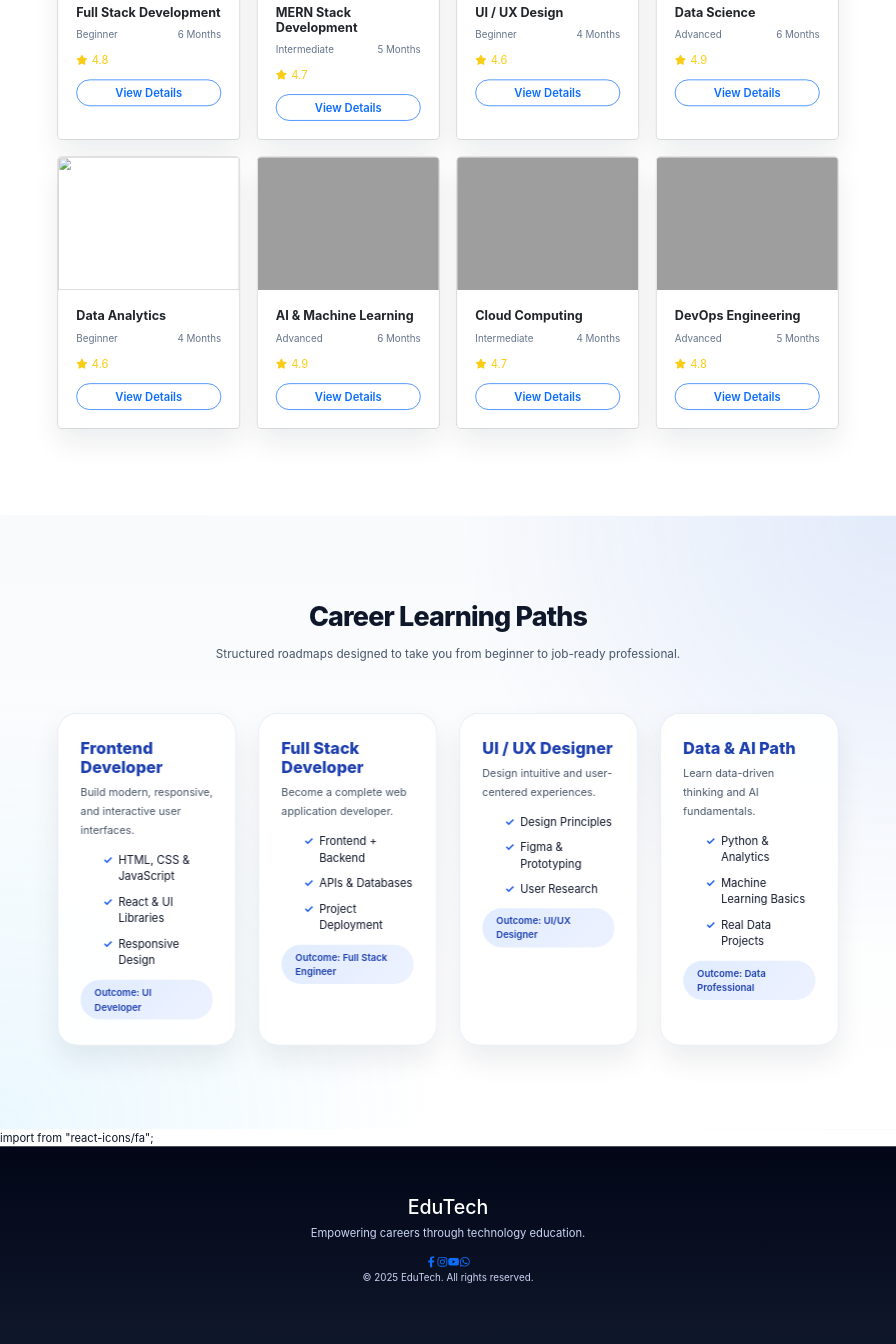
Repository: Aswin74k/project-2
Page: /
An editor plug-in stored every save of this project. The page is shown before and after the next save, followed by the edit.
The browser window is 1280 px wide. The pictures show the part of the page from y = 1462 to 3382 px (the page is 3382 px tall before and 3245 px after), at 70% of full size.
Pictures or frames that could not be fetched are drawn as grey boxes. The project was rebuilt for these pictures with package versions that can differ from the ones it lists, and the page was loaded fresh each time. Also part of the build but not shown: vite.config.js, src/project/course.css, src/project/Course.jsx, src/project/About.css, src/project/About.jsx, src/project/Enroll.css, src/project/Enroll.jsx, src/project/contact.css and 2 more.

Above is the page before, as saved 2025-12-25 16:50:23.

### src/main.jsx
import React from "react";
import ReactDOM from "react-dom/client";
import { BrowserRouter } from "react-router-dom";
import App from "./project/App";
import { AuthProvider } from "./context/AuthContext"; // ✅ ADD THIS
import "bootstrap/dist/css/bootstrap.min.css";

ReactDOM.createRoot(document.getElementById("root")).render(
  <React.StrictMode>
    <BrowserRouter>
      <AuthProvider>
        <App />
      </AuthProvider>
    </BrowserRouter>
  </React.StrictMode>
);

### src/project/App.jsx
import React from "react";
import { Routes, Route } from "react-router-dom";

import EduNavbar from "./EduNavbar";
import Home from "./Home";
import Course from "./Course";
import About from "./About";
import Enroll from "./Enroll";
import Contact from "./Contact";
import ProtectedRoute from "./ProtectedRoute";

export default function App() {
  return (
    <>
      <EduNavbar />

      <Routes>
        <Route path="/" element={<Home />} />
        <Route path="/courses/:id" element={<Course />} />
        <Route path="/about" element={<About />} />
        <Route path="/Contact" element={<Contact />} />


        <Route
          path="/enroll"
          element={
            <ProtectedRoute>
              <Enroll />
            </ProtectedRoute>
          }
        />
      </Routes>

    </>
  );
}

### src/context/AuthContext.jsx
import { createContext, useContext, useState, useEffect } from "react";

const AuthContext = createContext();

export function AuthProvider({ children }) {
  const [user, setUser] = useState(null);
  const [loading, setLoading] = useState(true);

  useEffect(() => {
    const savedUser = JSON.parse(
      localStorage.getItem("loggedInUser")
    );
    if (savedUser) setUser(savedUser);
    setLoading(false);
  }, []);

  const login = (email, password) => {
    const users =
      JSON.parse(localStorage.getItem("registeredUsers")) || [];

    const foundUser = users.find(
      (u) => u.email === email && u.password === password
    );

    if (!foundUser) {
      return { success: false, message: "Invalid email or password" };
    }

    localStorage.setItem(
      "loggedInUser",
      JSON.stringify(foundUser)
    );
    setUser(foundUser);

    return {
      success: true,
      message: `Welcome back, ${foundUser.firstName}`,
    };
  };

  const signup = (data) => {
    const users =
      JSON.parse(localStorage.getItem("registeredUsers")) || [];

    if (users.some((u) => u.email === data.email)) {
      return {
        success: false,
        message: "User already exists with this email!",
      };
    }

    users.push(data);
    localStorage.setItem(
      "registeredUsers",
      JSON.stringify(users)
    );

    localStorage.setItem(
      "loggedInUser",
      JSON.stringify(data)
    );
    setUser(data);

    return {
      success: true,
      message: "Account created successfully",
    };
  };

  const logout = () => {
    localStorage.removeItem("loggedInUser");
    setUser(null);
  };

  return (
    <AuthContext.Provider
      value={{ user, login, signup, logout, loading }}
    >
      {children}
    </AuthContext.Provider>
  );
}

export const useAuth = () => useContext(AuthContext);

### src/project/Home.jsx
import React from "react";
import { Container, Row, Col, Card } from "react-bootstrap";
import { Link } from "react-router-dom";
import {
  FaGraduationCap,
  FaUsers,
  FaChalkboardTeacher,
  FaBriefcase,
  FaStar,
  FaFacebookF, FaInstagram, FaYoutube, FaWhatsapp,
} from "react-icons/fa";
import "./Home.css";

export default function Home() {
  const courses = [
    {
      id: "fullstack",
      title: "Full Stack Development",
      level: "Beginner",
      duration: "6 Months",
      rating: "4.8",
      img: "https://encrypted-tbn0.gstatic.com/images?q=tbn:ANd9GcQPaNXGBezXv5c0v_XSQ6pqOScRBb2ShM3IWg&s",
    },
    {
      id: "mern",
      title: "MERN Stack Development",
      level: "Intermediate",
      duration: "5 Months",
      rating: "4.7",
      img: "https://images.prismic.io/loco-blogs/79328284-f97b-489f-924c-eb3b17e34b56_image2.png",
    },
    {
      id: "uiux",
      title: "UI / UX Design",
      level: "Beginner",
      duration: "4 Months",
      rating: "4.6",
      img: "https://www.almondsolutions.com/images/blog-ui-ux-150223.jpg",
    },
    {
      id: "datascience",
      title: "Data Science",
      level: "Advanced",
      duration: "6 Months",
      rating: "4.9",
      img: "https://bernardmarr.com/wp-content/uploads/2022/11/The-Top-5-Data-Science-And-Analytics-Trends-In-2023.jpg",
    },
    {
      id: "dataanalytics",
      title: "Data Analytics",
      level: "Beginner",
      duration: "4 Months",
      rating: "4.6",
      img: "https://blog.herzing.ca/hubfs/data%20analytics.jpg",
    },
    {
      id: "aiml",
      title: "AI & Machine Learning",
      level: "Advanced",
      duration: "6 Months",
      rating: "4.9",
      img: "https://www.jellyfishtechnologies.com/wp-content/uploads/2021/10/Artificial-Intelligence-versus-Machine-Learning.png",
    },
    {
      id: "cloud",
      title: "Cloud Computing",
      level: "Intermediate",
      duration: "4 Months",
      rating: "4.7",
      img: "https://bernardmarr.com/img/The%205%20Biggest%20Cloud%20Computing%20Trends%20In%202021.jpg",
    },
    {
      id: "devops",
      title: "DevOps Engineering",
      level: "Advanced",
      duration: "5 Months",
      rating: "4.8",
      img: "https://www.itrainu.in/wp-content/uploads/2021/03/DEVOPS-1.jpg",
    },
  ];

  return (
    <div className="home">
      <section className="hero-section">
        <Container>
          <div className="hero-content">
            <h1>
              Learn Future-Ready Skills with <span>EduTech</span>
            </h1>
            <p>
              Industry-aligned courses, real-world projects, and expert mentors
              to accelerate your career.
            </p>

            <div className="hero-actions">

              <Link to="/about" className="btn btn-outline-light btn-lg">
                Learn More
              </Link>
            </div>
          </div>
        </Container>
      </section>

     {/* STATS */}
<section className="stats-section">
  <Container>
    <Row className="g-4">
      <Col xs={12} sm={6} lg={3}>
        <div className="stat-box">
          <FaUsers />
          <h3>25K+</h3>
          <p>Active Learners</p>
        </div>
      </Col>

      <Col xs={12} sm={6} lg={3}>
        <div className="stat-box">
          <FaGraduationCap />
          <h3>8+</h3>
          <p>Industry-Focused Courses</p>
        </div>
      </Col>

      <Col xs={12} sm={6} lg={3}>
        <div className="stat-box">
          <FaChalkboardTeacher />
          <h3>50+</h3>
          <p>Expert Mentors</p>
        </div>
      </Col>

      <Col xs={12} sm={6} lg={3}>
        <div className="stat-box">
          <FaBriefcase />
          <h3>100+</h3>
          <p>Real-World Projects</p>
        </div>
      </Col>
    </Row>
  </Container>
</section>


      <section className="courses-section">
        <Container>
          <h2 className="section-title">Popular Courses</h2>

          <Row>
            {courses.map((course, index) => (
              <Col lg={3} md={4} sm={6} key={index} className="mb-4">
                <Card className="course-card h-100">
                  <Card.Img
                    variant="top"
                    src={course.img}
                    className="course-img"
                  />

                  <Card.Body>
                    <Card.Title>{course.title}</Card.Title>

                    <div className="course-meta">
                      <span>{course.level}</span>
                      <span>{course.duration}</span>
                    </div>

                    <div className="course-rating">
                      <FaStar />
                      <span>{course.rating}</span>
                    </div>

                    <Link
                      to={`/courses/${course.id}`}
                      className="btn btn-outline-primary w-100 mt-3"
                    >
                      View Details
                    </Link>
                  </Card.Body>
                </Card>
              </Col>
            ))}
          </Row>
        </Container>
      </section>


<section className="paths-section">
  <div className="container">
    <h2 className="section-title">Career Learning Paths</h2>
    <p className="section-subtitle">
      Structured roadmaps designed to take you from beginner to job-ready professional.
    </p>

    <div className="paths-grid">

      <div className="path-card">
        <h4>Frontend Developer</h4>
        <p>Build modern, responsive, and interactive user interfaces.</p>

        <ul>
          <li>HTML, CSS & JavaScript</li>
          <li>React & UI Libraries</li>
          <li>Responsive Design</li>
        </ul>

        <div className="path-outcome">Outcome: UI Developer</div>
      </div>

      <div className="path-card">
        <h4>Full Stack Developer</h4>
        <p>Become a complete web application developer.</p>

        <ul>
          <li>Frontend + Backend</li>
          <li>APIs & Databases</li>
          <li>Project Deployment</li>
        </ul>

        <div className="path-outcome">Outcome: Full Stack Engineer</div>
      </div>

      <div className="path-card">
        <h4>UI / UX Designer</h4>
        <p>Design intuitive and user-centered experiences.</p>

        <ul>
          <li>Design Principles</li>
          <li>Figma & Prototyping</li>
          <li>User Research</li>
        </ul>

        <div className="path-outcome">Outcome: UI/UX Designer</div>
      </div>

      <div className="path-card">
        <h4>Data & AI Path</h4>
        <p>Learn data-driven thinking and AI fundamentals.</p>

        <ul>
          <li>Python & Analytics</li>
          <li>Machine Learning Basics</li>
          <li>Real Data Projects</li>
        </ul>

        <div className="path-outcome">Outcome: Data Professional</div>
      </div>

    </div>
  </div>
</section>

import { FaFacebookF, FaInstagram, FaYoutube, FaWhatsapp } from "react-icons/fa";

<footer className="footer">
  <Container className="text-center">
    <h3 className="footer-logo">EduTech</h3>

    <p className="footer-tagline">
      Empowering careers through technology education.
    </p>

    <div className="footer-social">
      <a href="#" aria-label="Facebook">
        <FaFacebookF />
      </a>

      <a href="#" aria-label="Instagram">
        <FaInstagram />
      </a>

      <a href="#" aria-label="YouTube">
        <FaYoutube />
      </a>

      <a href="#" aria-label="WhatsApp">
        <FaWhatsapp />
      </a>
    </div>

    <p className="copy">
      © 2025 EduTech. All rights reserved.
    </p>
  </Container>
</footer>

    </div>
  );
}

### src/project/Navbar.css
/* ================= ROOT VARIABLES ================= */
:root {
  --primary: #111827;
  --primary-soft: rgba(17, 24, 39, 0.08);
  --danger: #ef4444;
  --success: #22c55e;

  --text-dark: #000000;
  --text-muted: #6b7280;

  --border-light: #e5e7eb;
  --bg-white: #ffffff;
}

/* ================= NAVBAR ================= */
.navbar {
  background: var(--bg-white);
  padding: 14px 0;
  border-bottom: 1px solid var(--border-light);
  transition: all 0.3s ease;
  z-index: 1000;
}

.navbar-scrolled {
  box-shadow: 0 10px 30px rgba(0, 0, 0, 0.08);
}

/* ================= BRAND ================= */
.navbar-brand {
  font-size: 1.6rem;
  font-weight: 900;
  color: var(--text-dark) !important;
}

/* ================= NAV LINKS ================= */
.navbar-nav .nav-link {
  color: var(--text-dark) !important;
  font-weight: 600;
  font-size: 0.95rem;
  padding: 8px 14px;
  position: relative;
}

.navbar-nav .nav-link::after {
  content: "";
  position: absolute;
  left: 50%;
  bottom: 2px;
  width: 0;
  height: 2px;
  background: var(--text-dark);
  transform: translateX(-50%);
  transition: width 0.3s ease;
}

.navbar-nav .nav-link:hover::after {
  width: 70%;
}

/* ================= SEARCH ================= */
.custom-search {
  position: relative;
  width: 210px;
}

.custom-search input {
  width: 100%;
  padding: 10px 42px 10px 16px;
  border-radius: 999px;
  border: 1px solid var(--border-light);
  background: #e4e5e6;
  font-size: 0.9rem;
}

.custom-search svg {
  position: absolute;
  right: 14px;
  top: 50%;
  transform: translateY(-50%);
  color: var(--text-muted);
}

/* ================= USER ================= */
.username {
  background: var(--primary-soft);
  color: var(--text-dark);
  padding: 6px 14px;
  border-radius: 999px;
  font-size: 0.85rem;
  font-weight: 600;
}

.user-icon {
  font-size: 22px;
  color: var(--text-dark);
  cursor: pointer;
}

/* ================= LOGOUT ICON ================= */
.logout-icon {
  font-size: 24px;
  color: var(--text-dark);
  cursor: pointer;
}

.logout-icon:hover {
  color: var(--danger);
}

/* ================= MODALS ================= */
.modal-content {
  border-radius: 22px;
  border: none;
  box-shadow: 0 30px 90px rgba(0, 0, 0, 0.25);
  padding: 20px;
}

.modal-header {
  border-bottom: 1px solid var(--border-light);
}

.modal-title {
  font-weight: 700;
}

.modal-body {
  padding: 28px 32px 32px;
}

/* ================= AUTH INPUT (IMAGE MATCHED) ================= */
.auth-input {
  width: 100%;
  height: 56px;
  border-radius: 16px;
  border: 1.5px solid #d1d5db;
  padding: 14px 18px;
  font-size: 1rem;
  margin-bottom: 18px;
  background: #ffffff;
}

.auth-input:focus {
  outline: none;
  border-color: #6366f1;
  box-shadow: 0 0 0 2px rgba(99, 102, 241, 0.25);
}

/* ================= PASSWORD ================= */
.password-wrapper {
  position: relative;
}

.password-wrapper span {
  position: absolute;
  right: 18px;
  top: 40%;
  transform: translateY(-50%);
  font-size: 18px;
  color: var(--text-muted);
  cursor: pointer;
}

/* ================= NAME ROW (SIGNUP) ================= */
.name-row {
  display: grid;
  grid-template-columns: 1fr 1fr;
  gap: 18px;
  margin-bottom: 18px;
}

/* ================= AUTH BUTTON ================= */
.auth-btn {
  width: 100%;
  height: 56px;
  border-radius: 16px;
  background: var(--text-dark);
  border: none;
  color: #fff;
  font-size: 1.05rem;
  font-weight: 600;
  margin-top: 8px;
}

.auth-btn:hover {
  opacity: 0.9;
}

/* ================= AUTH FOOTER ================= */
.auth-footer {
  margin-top: 16px;
  text-align: center;
  font-size: 0.9rem;
  color: var(--text-muted);
}

.auth-footer span {
  color: var(--text-dark);
  font-weight: 600;
  cursor: pointer;
}

/* ================= LOGOUT MODAL ================= */
.logout-modal .logout-icon-wrapper {
  width: 64px;
  height: 64px;
  background: rgba(0, 0, 0, 0.08);
  color: var(--danger);
  border-radius: 50%;
  display: flex;
  align-items: center;
  justify-content: center;
  font-size: 28px;
  margin: 0 auto 16px;
}

.logout-actions {
  display: flex;
  gap: 14px;
  justify-content: center;
}

.logout-cancel {
  padding: 10px 22px;
  border-radius: 14px;
  border: 2px solid var(--text-dark);
  background: transparent;
  font-weight: 600;
}

.logout-confirm {
  padding: 10px 22px;
  border-radius: 14px;
  background: var(--danger);
  border: none;
  color: #fff;
  font-weight: 600;
}

/* ================= MOBILE ================= */
@media (max-width: 768px) {
  .navbar-collapse {
    background: #ffffff;
    padding: 18px;
    border-radius: 16px;
    margin-top: 10px;
  }

  .custom-search {
    width: 100%;
    margin-top: 12px;
  }

  .name-row {
    grid-template-columns: 1fr;
  }
}

/* ================= AUTH MESSAGES (FINAL POLISH) ================= */
.modal-message {
  padding: 14px 18px;
  border-radius: 14px;
  font-size: 0.9rem;
  font-weight: 600;
  text-align: center;
  margin-bottom: 18px;
  line-height: 1.4;
  animation: messageFade 0.25s ease-in-out;
}

/* SUCCESS */
.modal-message.success {
  background: rgba(34, 197, 94, 0.14);
  color: #15803d;
  border: 1.5px solid rgba(34, 197, 94, 0.35);
}

/* ERROR */
.modal-message.error {
  background: rgba(239, 68, 68, 0.14);
  color: #b91c1c;
  border: 1.5px solid rgba(239, 68, 68, 0.35);
}

/* subtle animation */
@keyframes messageFade {
  from {
    opacity: 0;
    transform: translateY(-6px);
  }
  to {
    opacity: 1;
    transform: translateY(0);
  }
}

### src/project/Home.css
/* =========================
   DESIGN TOKENS
========================= */
:root {
  --primary: #2563eb;
  --primary-dark: #1e40af;
  --accent: #38bdf8;
  --text-main: #0f172a;
  --text-muted: #475569;
  --bg-light: #f8fafc;
  --glass: rgba(255, 255, 255, 0.92);
  --radius-lg: 24px;
  --radius-md: 16px;
  --shadow-soft: 0 20px 40px rgba(15, 23, 42, 0.08);
  --shadow-strong: 0 30px 70px rgba(15, 23, 42, 0.18);
}

/* =========================
   BASE
========================= */
.home {
  font-family: "Inter", "Segoe UI", system-ui, sans-serif;
  color: var(--text-main);
  background: #ffffff;
  overflow-x: hidden;
}

/* =========================
   SECTION HEADINGS
========================= */
.section-title {
  text-align: center;
  font-size: clamp(2.2rem, 3vw, 2.8rem);
  font-weight: 800;
  letter-spacing: -0.03em;
  margin-bottom: 16px;
}

.section-subtitle {
  text-align: center;
  max-width: 720px;
  margin: 0 auto 70px;
  font-size: 1.05rem;
  color: var(--text-muted);
  line-height: 1.8;
}

/* =========================
   HERO SECTION (PREMIUM)
========================= */
.hero-section {
  min-height: 95vh;
  background:
    linear-gradient(
      120deg,
      rgba(15, 23, 42, 0.92),
      rgba(15, 23, 42, 0.85)
    ),
    url("https://images.unsplash.com/photo-1523240795612-9a054b0db644");
  background-size: cover;
  background-position: center;
  display: flex;
  align-items: center;
}

.hero-content {
  max-width: 860px;
  margin: auto;
  text-align: center;
  color: #ffffff;
}

.hero-content h1 {
  font-size: clamp(2.6rem, 4vw, 3.6rem);
  font-weight: 900;
  line-height: 1.15;
  margin-bottom: 24px;
}

.hero-content span {
  background: linear-gradient(90deg, #38bdf8, #2563eb);
  -webkit-background-clip: text;
  -webkit-text-fill-color: transparent;
}

.hero-content p {
  font-size: 1.15rem;
  line-height: 1.8;
  color: #e5e7eb;
  margin-bottom: 42px;
}

.hero-actions {
  display: flex;
  justify-content: center;
  gap: 22px;
}

.hero-actions .btn {
  padding: 14px 36px;
  font-size: 17px;
  border-radius: 999px;
  font-weight: 600;
  transition: all 0.35s ease;
}

.hero-actions .btn-primary {
  background: linear-gradient(135deg, var(--primary), var(--accent));
  border: none;
}

.hero-actions .btn-primary:hover {
  transform: translateY(-3px);
  box-shadow: var(--shadow-soft);
}

.hero-actions .btn-outline-light:hover {
  background: rgba(255, 255, 255, 0.12);
}

/* =========================
   STATS
========================= */
.stats-section {
  padding: 90px 0;
  background: var(--bg-light);
}

.stat-box {
  background: #ffffff;
  padding: 42px 26px;
  text-align: center;
  border-radius: var(--radius-md);
  box-shadow: var(--shadow-soft);
  transition: all 0.35s ease;
}

.stat-box:hover {
  transform: translateY(-10px);
  box-shadow: var(--shadow-strong);
}

.stat-box svg {
  font-size: 38px;
  color: var(--primary);
  margin-bottom: 18px;
}

.stat-box h3 {
  font-size: 32px;
  font-weight: 800;
}

.stat-box p {
  font-size: 15px;
  color: #64748b;
}

/* =========================
   COURSES
========================= */
.courses-section {
  padding: 100px 0;
}

.course-card {
  border-radius: var(--radius-lg);
  overflow: hidden;
  background: #ffffff;
  box-shadow: var(--shadow-soft);
  transition: all 0.4s ease;
}

.course-card:hover {
  transform: translateY(-10px);
  box-shadow: var(--shadow-strong);
}

.course-img {
  height: 190px;
  object-fit: cover;
}

.course-card .card-body {
  padding: 26px;
}

.course-card .card-title {
  font-size: 18px;
  font-weight: 700;
  margin-bottom: 10px;
}

.course-meta {
  display: flex;
  justify-content: space-between;
  font-size: 14px;
  color: #64748b;
  margin-bottom: 14px;
}

.course-rating {
  display: flex;
  align-items: center;
  gap: 6px;
  color: #facc15;
}

.course-card .btn {
  border-radius: 999px;
  font-weight: 600;
}

/* =========================
   CAREER PATHS (GLASS UI)
========================= */
.paths-section {
  padding: 120px 0;
  background:
    radial-gradient(circle at top right, rgba(37, 99, 235, 0.1), transparent 40%),
    radial-gradient(circle at bottom left, rgba(56, 189, 248, 0.1), transparent 40%),
    linear-gradient(180deg, #f8fafc, #ffffff);
}

.paths-grid {
  display: grid;
  grid-template-columns: repeat(4, 1fr);
  gap: 32px;
}

.path-card {
  background: var(--glass);
  border-radius: 28px;
  padding: 36px 32px;
  box-shadow: var(--shadow-soft);
  backdrop-filter: blur(14px);
  border: 1px solid rgba(226, 232, 240, 0.9);
  transition: all 0.4s ease;
}

.path-card:hover {
  transform: translateY(-14px);
  box-shadow: var(--shadow-strong);
  border-color: rgba(37, 99, 235, 0.35);
}

.path-card h4 {
  font-size: 1.45rem;
  font-weight: 800;
  color: var(--primary-dark);
}

.path-card p {
  font-size: 0.96rem;
  color: var(--text-muted);
  line-height: 1.75;
}

.path-card ul li {
  list-style: none;
  margin-bottom: 12px;
  padding-left: 22px;
  position: relative;
}

.path-card ul li::before {
  content: "✓";
  position: absolute;
  left: 0;
  color: var(--primary);
  font-weight: 700;
}

.path-outcome {
  margin-top: auto;
  padding: 8px 20px;
  border-radius: 999px;
  font-size: 0.85rem;
  font-weight: 600;
  background: linear-gradient(135deg, #e0ecff, #eef2ff);
  color: var(--primary-dark);
}

/* =========================
   FOOTER
========================= */
.footer {
  background: linear-gradient(180deg, #020617, #0f172a);
  color: #ffffff;
  padding: 70px 20px;
}

.footer p {
  color: #cbd5f5;
}

.copy {
  font-size: 14px;
  color: #94a3b8;
}

/* =========================
   RESPONSIVE
========================= */
@media (max-width: 1200px) {
  .paths-grid { grid-template-columns: repeat(3, 1fr); }
}

@media (max-width: 992px) {
  .paths-grid { grid-template-columns: repeat(2, 1fr); }
}

@media (max-width: 576px) {
  .paths-grid { grid-template-columns: 1fr; }
  .hero-actions { flex-direction: column; }
}

Loaded but not shown: index.html (common file); src/project/EduNavbar.jsx (341 lines, source omitted)

After the next save:
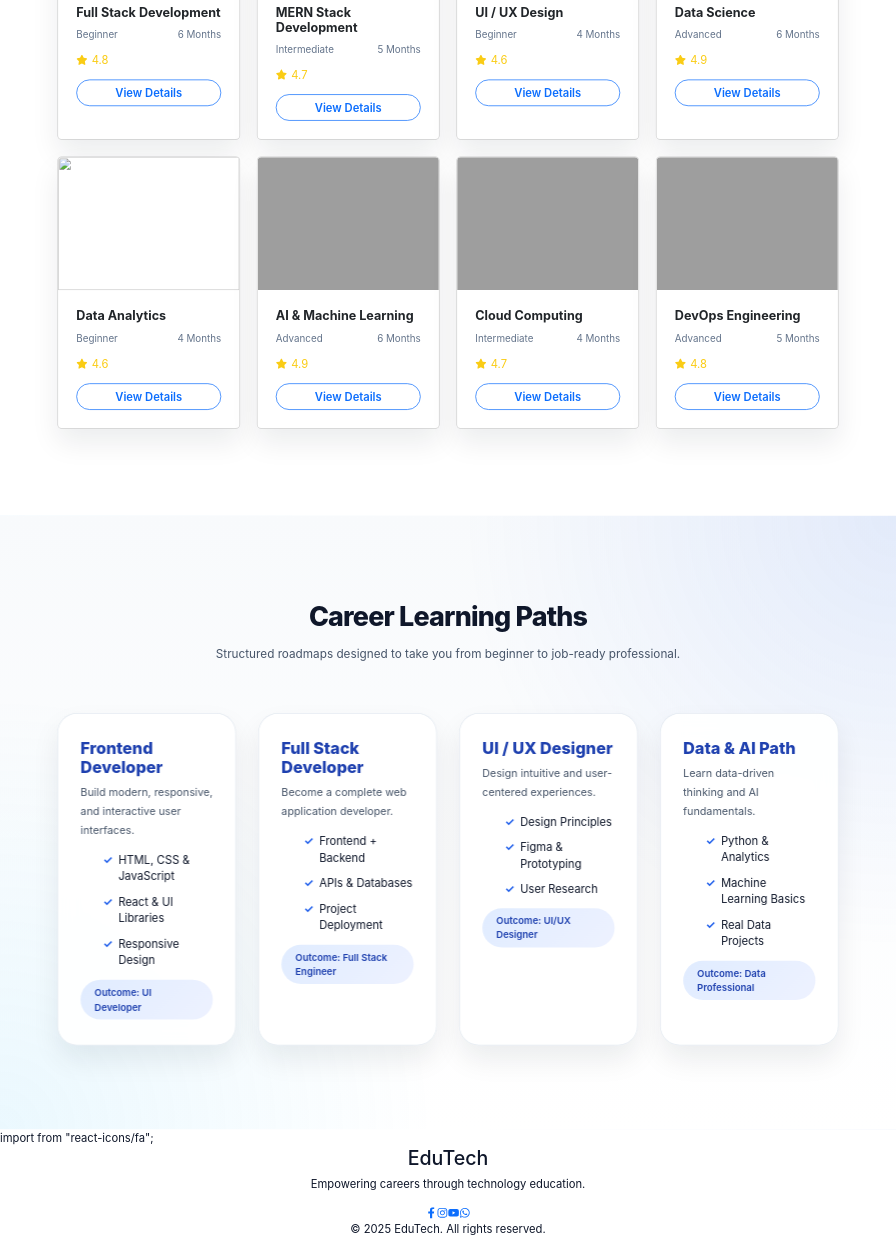
Saved 69 s later.
--- a/src/project/Home.css
+++ b/src/project/Home.css
@@ -284,20 +284,6 @@
 /* =========================
    FOOTER
 ========================= */
-.footer {
-  background: linear-gradient(180deg, #020617, #0f172a);
-  color: #ffffff;
-  padding: 70px 20px;
-}
-
-.footer p {
-  color: #cbd5f5;
-}
-
-.copy {
-  font-size: 14px;
-  color: #94a3b8;
-}
 
 /* =========================
    RESPONSIVE
